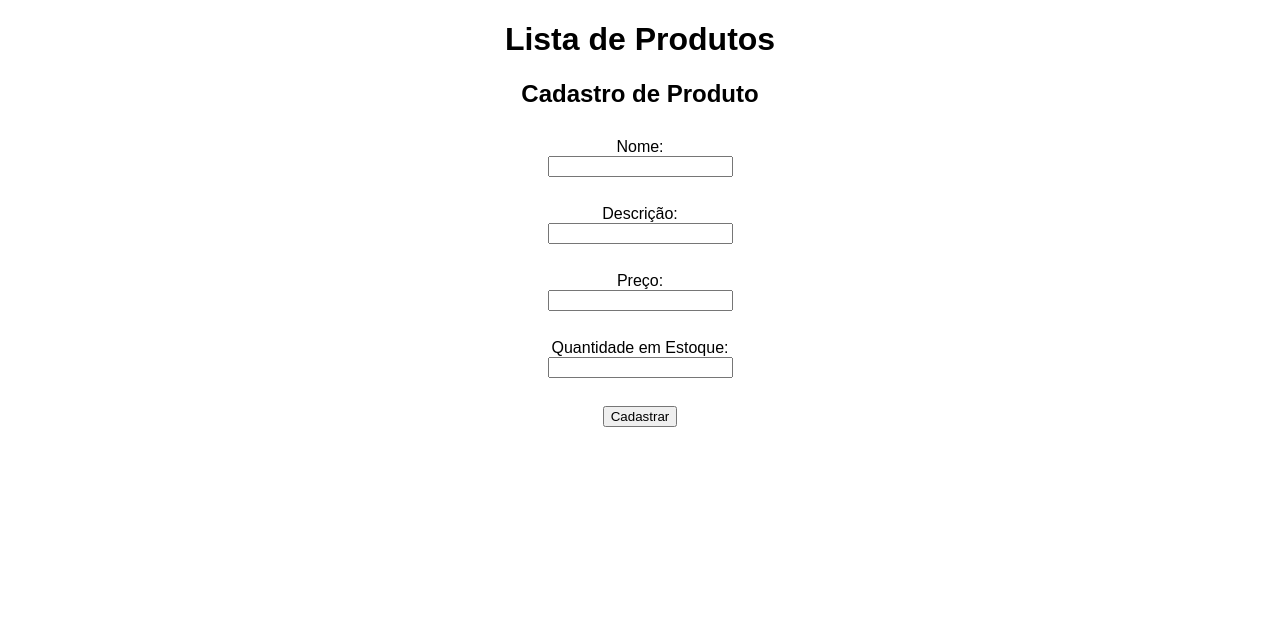
Repository: mumuryllo/MercadoFullStack
Page: Front/index.html
An editor plug-in stored every save of this project. The page is shown before and after the next save, followed by the edit.
The browser window is 1280 px wide. The pictures show the whole page.
The page's requests for data from a server got no answer.

Above is the page before, as saved 2023-09-20 16:01:14.

### Front/index.html
<!DOCTYPE html>
<html lang="en">
<head>
    <meta charset="UTF-8">
    <meta name="viewport" content="width=device-width, initial-scale=1.0">
    <title>Supermercado - Estoque</title>
    <link rel="stylesheet" href="style.css">
</head>
<body>
    <h1>Lista de Produtos</h1>
    <ul id="produto-list"></ul>

    <h2>Cadastro de Produto</h2>
    <form id="produto-form">
        <label for="nome">Nome:</label>
        <input type="text" id="nome" required>
        <br>
        <label for="descricao">Descrição:</label>
        <input type="text" id="descricao" required>
        <br>
        <label for="preco">Preço:</label>
        <input type="number" id="preco" required>
        <br>
        <label for="quantidade">Quantidade em Estoque:</label>
        <input type="number" id="quantidade" required>
        <br>
        <button type="button" id="cadastrar">Cadastrar</button>
    </form>

    <script src="script.js"></script>
</body>
</html>

### Front/style.css
body {
    font-family: Arial, sans-serif;
    margin: 20px;
}

h1, h2 {
    text-align: center;
}

form {
    display: flex;
    flex-direction: column;
    align-items: center;
}

label {
    margin-top: 10px;
}

button {
    margin-top: 10px;
}

### Front/script.js
document.addEventListener('DOMContentLoaded', () => {
    const productList = document.getElementById('produto-list');
    const produtoForm = document.getElementById('produto-form');
    const cadastrarButton = document.getElementById('cadastrar');

    function listarProdutos() {
        fetch('http://localhost:8080/produtos')
            .then(response => response.json())
            .then(data => {
                productList.innerHTML = '';
                data.forEach(produto => {
                    const li = document.createElement('li');
                    li.textContent = `${produto.nome} - ${produto.descricao} - ${produto.preco} - ${produto.quantidadeEstoque}`;
                    productList.appendChild(li);
                });
            })
            .catch(error => console.error('Erro ao buscar produtos: ', error));
    }

    function cadastrarProduto() {
        const nome = document.getElementById('nome').value;
        const descricao = document.getElementById('descricao').value;
        const preco = parseFloat(document.getElementById('preco').value);
        const quantidadeEstoque = parseInt(document.getElementById('quantidade').value);

        const novoProduto = {
            nome,
            descricao,
            preco,
            quantidadeEstoque
        };

        fetch('http://localhost:8080/produtos', {
            method: 'POST',
            headers: {
                'Content-Type': 'application/json'
            },
            body: JSON.stringify(novoProduto)
        })
        .then(response => response.json())
        .then(data => {
            console.log('Produto cadastrado com sucesso: ', data);
            listarProdutos();
            produtoForm.reset();
        })
        .catch(error => console.error('Erro ao cadastrar produto: ', error));
    }

    listarProdutos();

    cadastrarButton.addEventListener('click', cadastrarProduto);
});

// Função para buscar um produto por ID
function buscarProdutoPorId(id) {
    fetch(`http://localhost:8080/produtos/${id}`)
        .then(response => response.json())
        .then(produto => {
            const detalhesProduto = document.getElementById('detalhes-produto');
            detalhesProduto.innerHTML = `
                <h2>Detalhes do Produto</h2>
                <p><strong>Nome:</strong> ${produto.nome}</p>
                <p><strong>Descrição:</strong> ${produto.descricao}</p>
                <p><strong>Preço:</strong> ${produto.preco}</p>
                <p><strong>Quantidade em Estoque:</strong> ${produto.quantidadeEstoque}</p>
            `;
        })
        .catch(error => console.error('Erro ao buscar produto por ID: ', error));
}

After the next save:
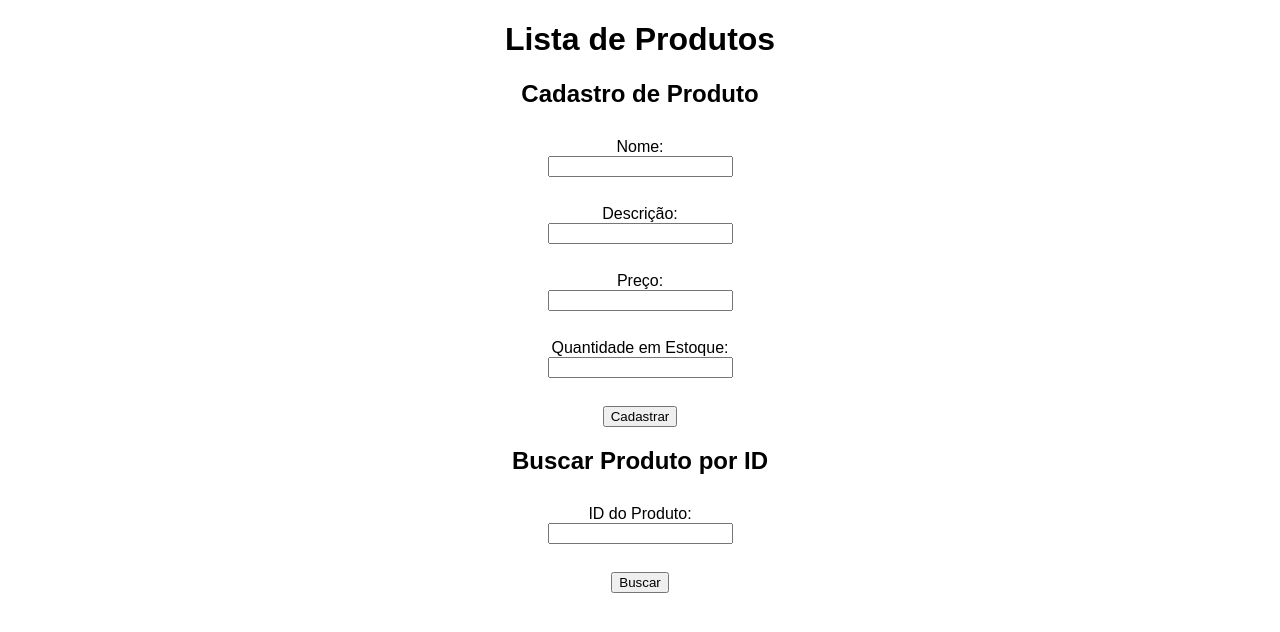
Saved 3 min 17 s later.
--- a/Front/index.html
+++ b/Front/index.html
@@ -27,6 +27,14 @@
         <button type="button" id="cadastrar">Cadastrar</button>
     </form>
 
+    <h2>Buscar Produto por ID</h2>
+    <form id="buscar-form">
+        <label for="produto-id">ID do Produto:</label>
+        <input type="text" id="produto-id" required>
+        <br>
+        <button type="button" id="buscar">Buscar</button>
+    </form>
+
     <script src="script.js"></script>
 </body>
 </html>
